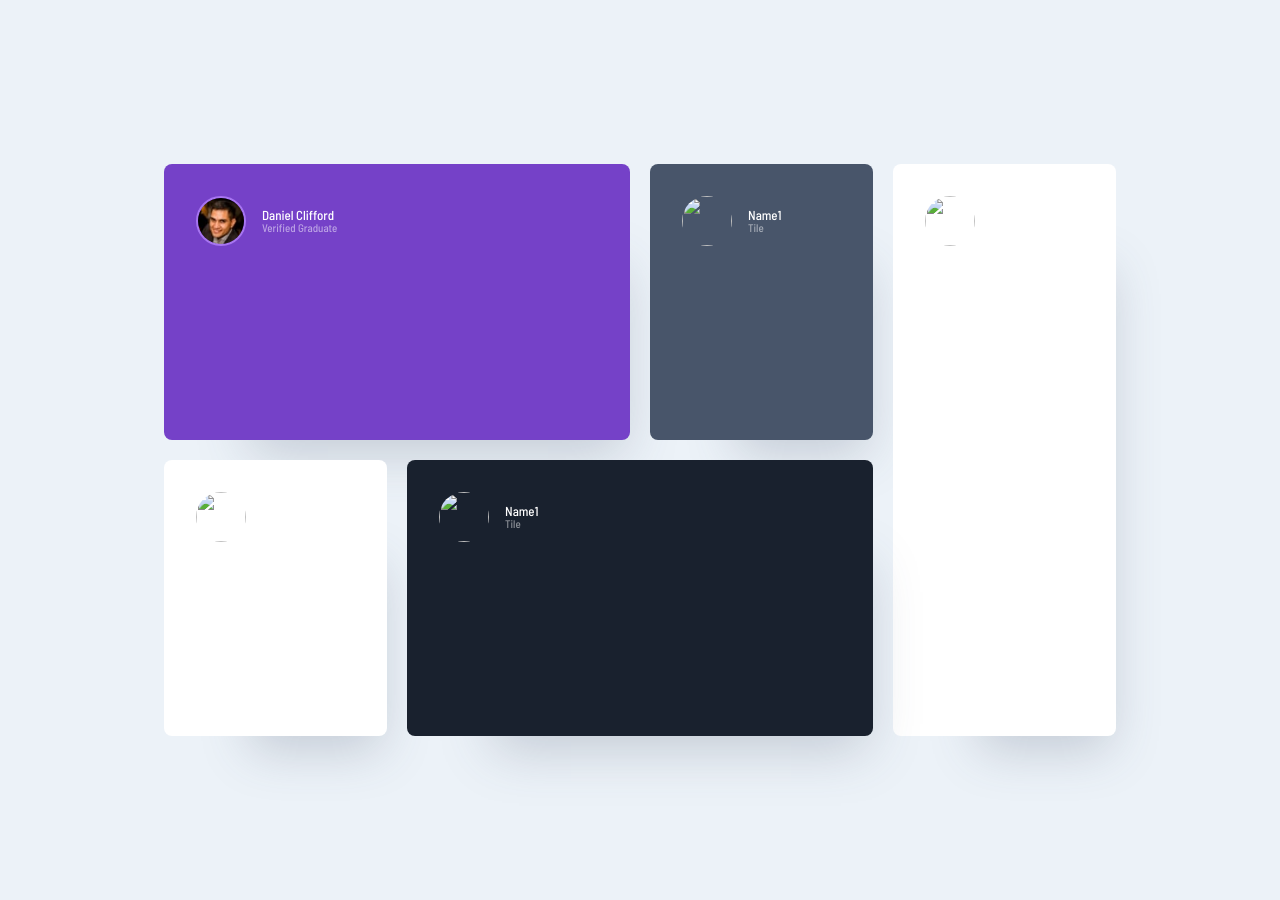
Repository: brandontaylor1/testimonial-card
Page: index.html
The author's editor kept a copy of each file at every save. The page is drawn from the files as they stood at one save, then again after the next save.
The browser window is 1280 px wide. The pictures show the whole page.

Above is the page before, as saved 2025-01-10 23:49:34.

### index.html
<!DOCTYPE html>
<html lang="en">
<head>
    <meta charset="UTF-8">
    <meta name="viewport" content="width=device-width, initial-scale=1.0">
    <link rel="preconnect" href="https://fonts.googleapis.com">
    <link rel="preconnect" href="https://fonts.gstatic.com" crossorigin>
    <link href="https://fonts.googleapis.com/css2?family=Barlow+Semi+Condensed:ital,wght@0,100;0,200;0,300;0,400;0,500;0,600;0,700;0,800;0,900;1,100;1,200;1,300;1,400;1,500;1,600;1,700;1,800;1,900&display=swap" rel="stylesheet">
    <link rel="stylesheet" href="styles.css">
    <title>Testimonial Grid </title>
</head>
<body>
    <section class="container">
        <main class="testimonial-grid">
            <div class="card" id="card-1">
                <div class="profile-content">
                    <img src="./assets/images/image-daniel.jpg" alt="profile image" class="profile-img purple">
                    <div class="profile-text">
                        <h3>Daniel Clifford</h3>
                        <p>Verified Graduate</p>
                    </div>
                </div>
                <h1 class="card-heading"></h1>
                <h2 class="card-subheading"></h2>
            </div>
            <div class="card" id="card-2">
                <div class="profile-content">
                    <img src="" alt="" class="profile-img">
                    <div class="profile-text">
                        <h3>Name1</h3>
                        <p>Tile</p>
                    </div>
                </div>
                <h1 class="card-heading"></h1>
                <h2 class="card-subheading"></h2>
            </div>
            <div class="card" id="card-3">
                <div class="profile-content">
                    <img src="" alt="" class="profile-img">
                    <div class="profile-text">
                        <h3>Name1</h3>
                        <p>Tile</p>
                    </div>
                </div>
                <h1 class="card-heading"></h1>
                <h2 class="card-subheading"></h2>
            </div>
            <div class="card" id="card-4">
                <div class="profile-content">
                    <img src="" alt="" class="profile-img">
                    <div class="profile-text">
                        <h3>Name1</h3>
                        <p>Tile</p>
                    </div>
                </div>
                <h1 class="card-heading"></h1>
                <h2 class="card-subheading"></h2>
            </div>
            <div class="card" id="card-5">
                <div class="profile-content">
                    <img src="" alt="" class="profile-img">
                    <div class="profile-text">
                        <h3>Name1</h3>
                        <p>Tile</p>
                    </div>
                </div>
                <h1 class="card-heading"></h1>
                <h2 class="card-subheading"></h2>
            </div>



        </main>
    </section>
</body>
</html>

### styles.css
* {
    margin: 0;
    padding: 0;
    box-sizing: border-box;
}

:root {

    --primary-moderate-violet: hsl(263, 55%, 52%);
    --primary-very-dark-grayish-blue: hsl(217, 19%, 35%);
    --primary-very-dark-blackish-blue: hsl(219, 29%, 14%);
    --primary-white: hsl(0, 0%, 100%);

    --secondary-neurtal-light-gray: hsl(0, 0%, 81%);
    --seconday-light-grayish-blue: hsl(210, 46%, 95%);
}

body {
    background-color: #ECF2F8;
    padding: 164px;
    font-family: "Barlow Semi Condensed", sans-serif;
}

.testimonial-grid {
    display: grid;
    grid-template-columns: repeat(4, 1fr);
    grid-template-rows: repeat(2, 1fr);
    gap: 20px;
    height: 572px;
}

.card {
    height: 100%;
    padding: 2rem;
    border-radius: 8px;
    box-shadow: 40px 60px 50px -47px rgba(72, 85, 106, 0.25);
}

.profile-content {
    display: flex;
    align-items: center;
    gap: 1rem;
}

.profile-text h3 {
    color: #FFF;
    font-size: 13px;
    font-style: normal;
    font-weight: 500;
    line-height: 13px; /* 100% */
}

.profile-text p {
    color: #FFF;
    font-size: 11px;
    font-style: normal;
    font-weight: 500;
    line-height: 11px; /* 100% */
    opacity: 0.5;
}

.profile-img {
    width: 50px;
    height: 50px;
    border-radius: 50%;
}


.purple {
    border: 2px solid #A775F1;
}


#card-1 {
    grid-column: 1 / span 2;
    border-radius: 8px;
    background-color: var(--primary-moderate-violet);
    color: var(--primary-white);
}

#card-2 {
    grid-column: 3 / span 1;
    background-color: var(--primary-very-dark-grayish-blue);
    color: var(--primary-white);

}

#card-3 {
    grid-column: 4 / span 1;
    grid-row: 1 / span 2;
    background-color: var(--primary-white);
}

#card-4 {
    grid-column: 1 / span 1;
    grid-row: 2 / span 1;
    background-color: var(--primary-white);
}

#card-5 {
    grid-column: 2 / span 2;
    grid-row: 2 / span 1;
    background-color: var(--primary-very-dark-blackish-blue);
    color: var(--primary-white);

}

After the next save:
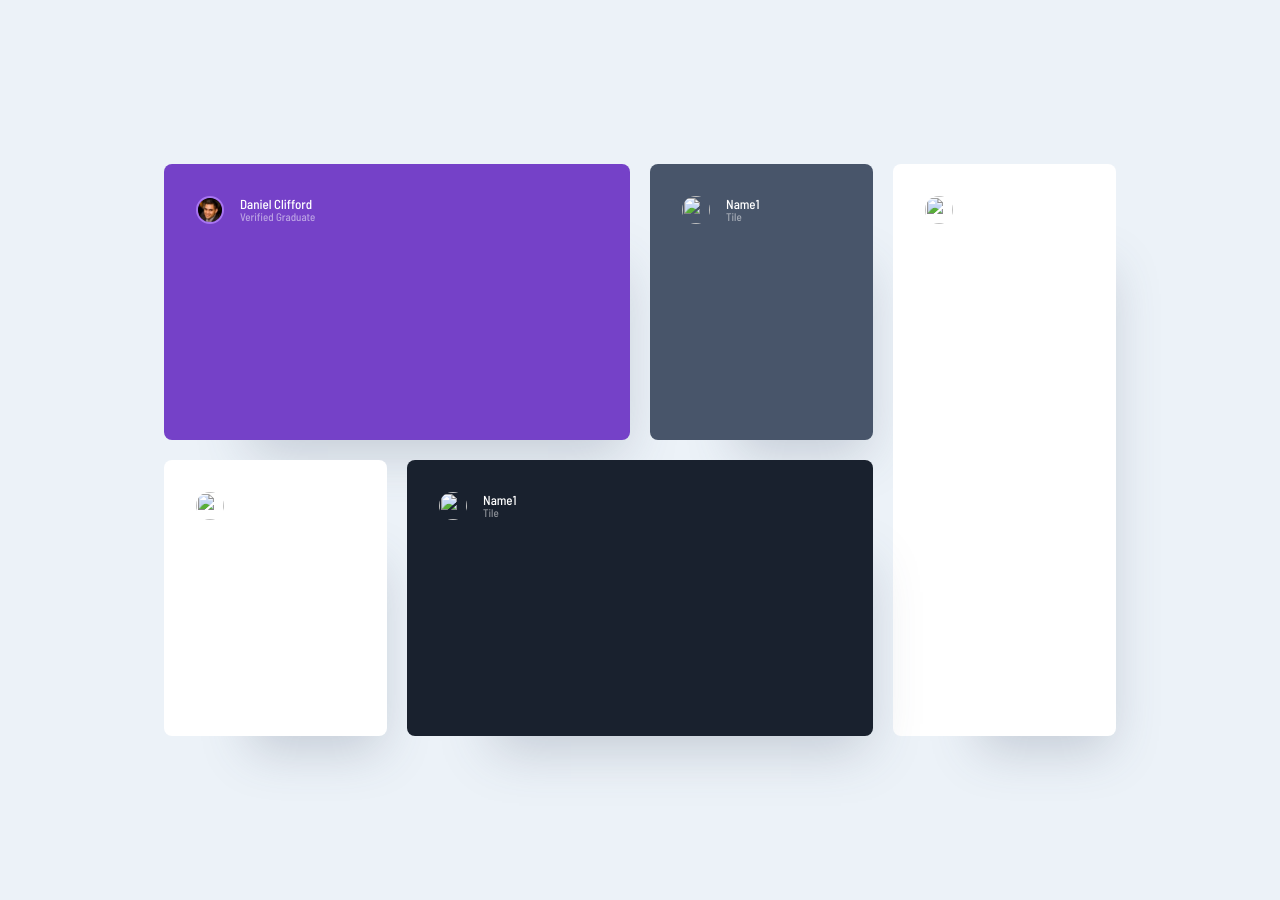
Saved 23 s later.
--- a/styles.css
+++ b/styles.css
@@ -60,8 +60,8 @@ body {
 }
 
 .profile-img {
-    width: 50px;
-    height: 50px;
+    width: 28px;
+    height: 28px;
     border-radius: 50%;
 }
 
